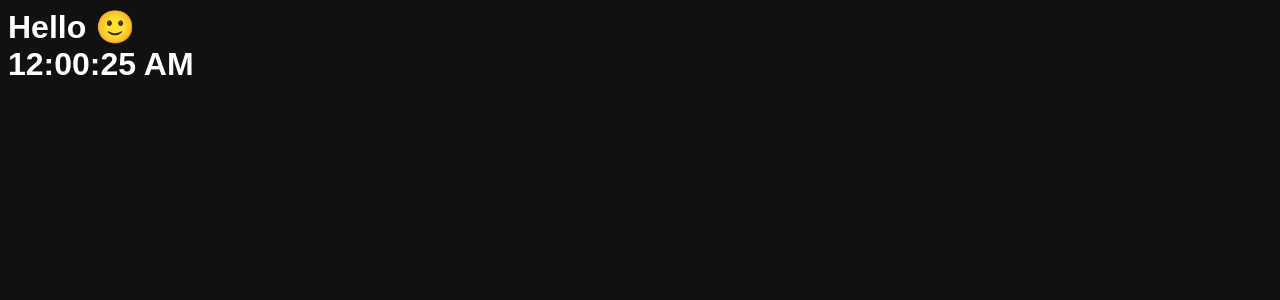
Repository: 43320888/upwork
Page: popup/index.html
The author's editor kept a copy of each file at every save. The page is drawn from the files as they stood at one save, then again after the next save.
The browser window is 1280 px wide. The pictures show the whole page.

Above is the page before, as saved 2019-01-24 10:30:07.

### popup/index.html
<meta http-equiv="Content-Type" content="text/html;charset=UTF-8">
<body style="background:#111; color:#fff; font-family: Arial, Helvetica, sans-serif">
	<h1>Hello 🙂<div></div><script src="timer.js"></script></h1>
</body>

### popup/timer.js
(() => {
	const x = new Date().getTime() + 30000;
	const j = document.querySelector('h1 div');

	backTimer();

	function backTimer() {
		let i = new Date().getTime();
		if (i < x) {
			j.innerHTML = new Date(x - i).toLocaleTimeString();
			setTimeout(backTimer, 500);
		}
		else {
			// j.innerHTML = "00:00:00";
			document.body.innerHTML = '<h1>Time is over</h1>';
		}
	}
})();

After the next save:
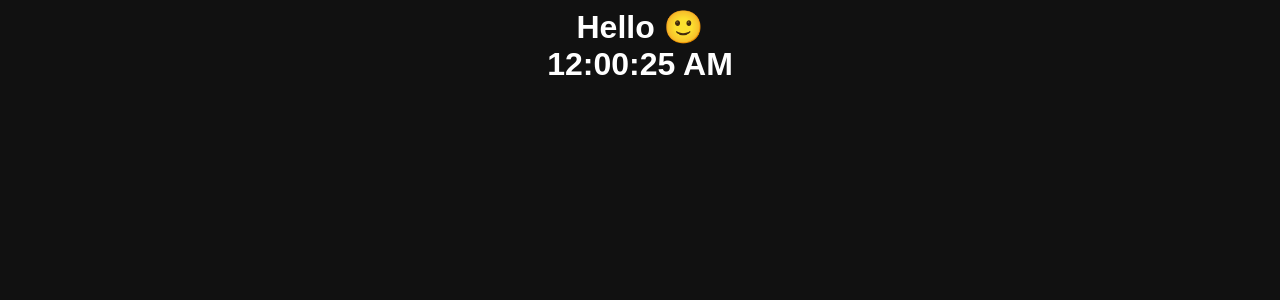
Saved 87 s later.
--- a/popup/index.html
+++ b/popup/index.html
@@ -1,4 +1,4 @@
 <meta http-equiv="Content-Type" content="text/html;charset=UTF-8">
-<body style="background:#111; color:#fff; font-family: Arial, Helvetica, sans-serif">
+<body style="background:#111; color:#fff; font-family: Arial, Helvetica, sans-serif; text-align: center">
 	<h1>Hello 🙂<div></div><script src="timer.js"></script></h1>
 </body>
